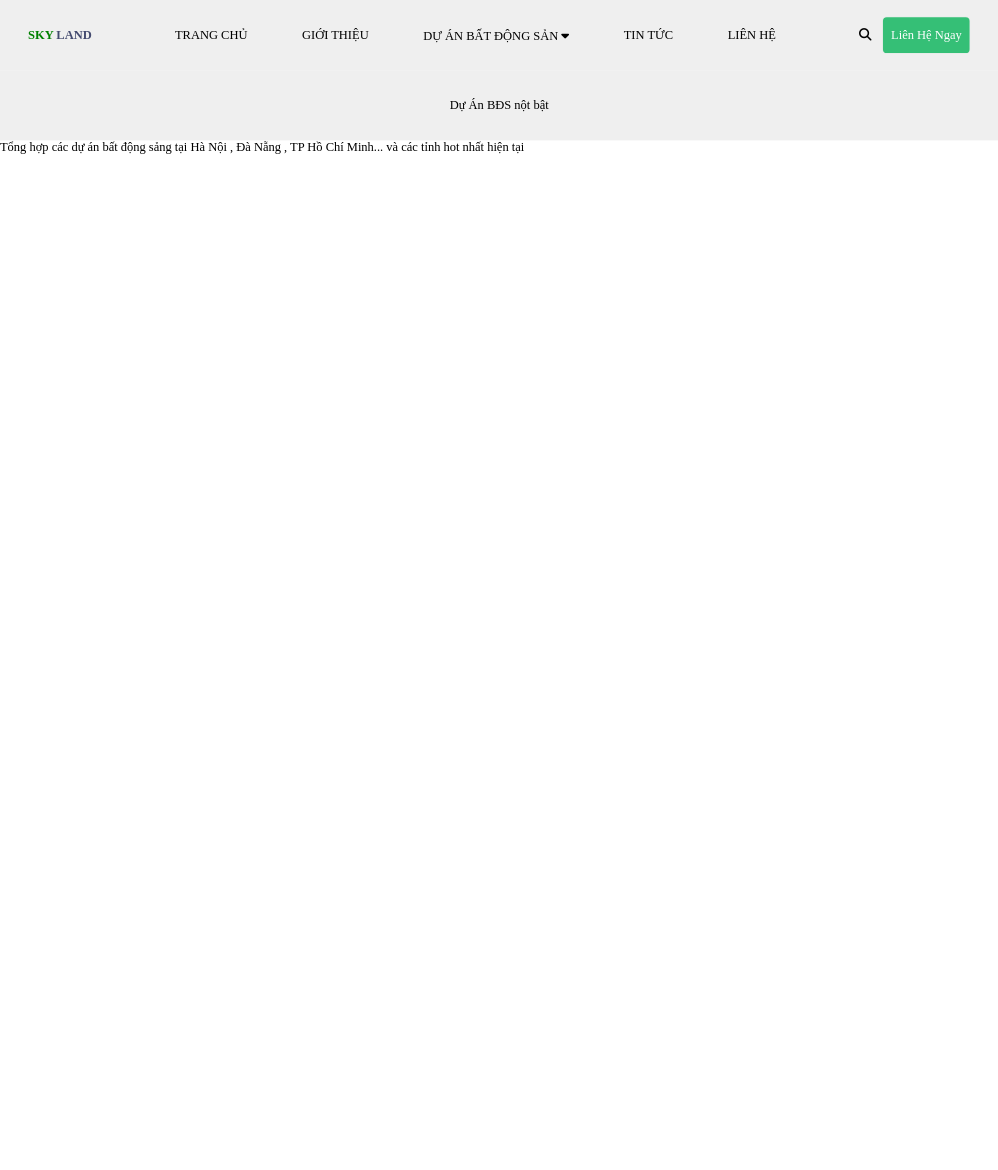
Repository: HuynhDuc23/Webvideodesgin
Page: htmlcssNangCao/index.html
The author's editor kept a copy of each file at every save. The page is drawn from the files as they stood at one save, then again after the next save.
The browser window is 1280 px wide. The pictures show the whole page, at 78% of full size.
The style sheet was rebuilt from its Sass, Less or Tailwind sources for each picture, by a compiler version that may differ from the author's.

Above is the page before, as saved 2023-04-30 09:15:28.

After the next save:
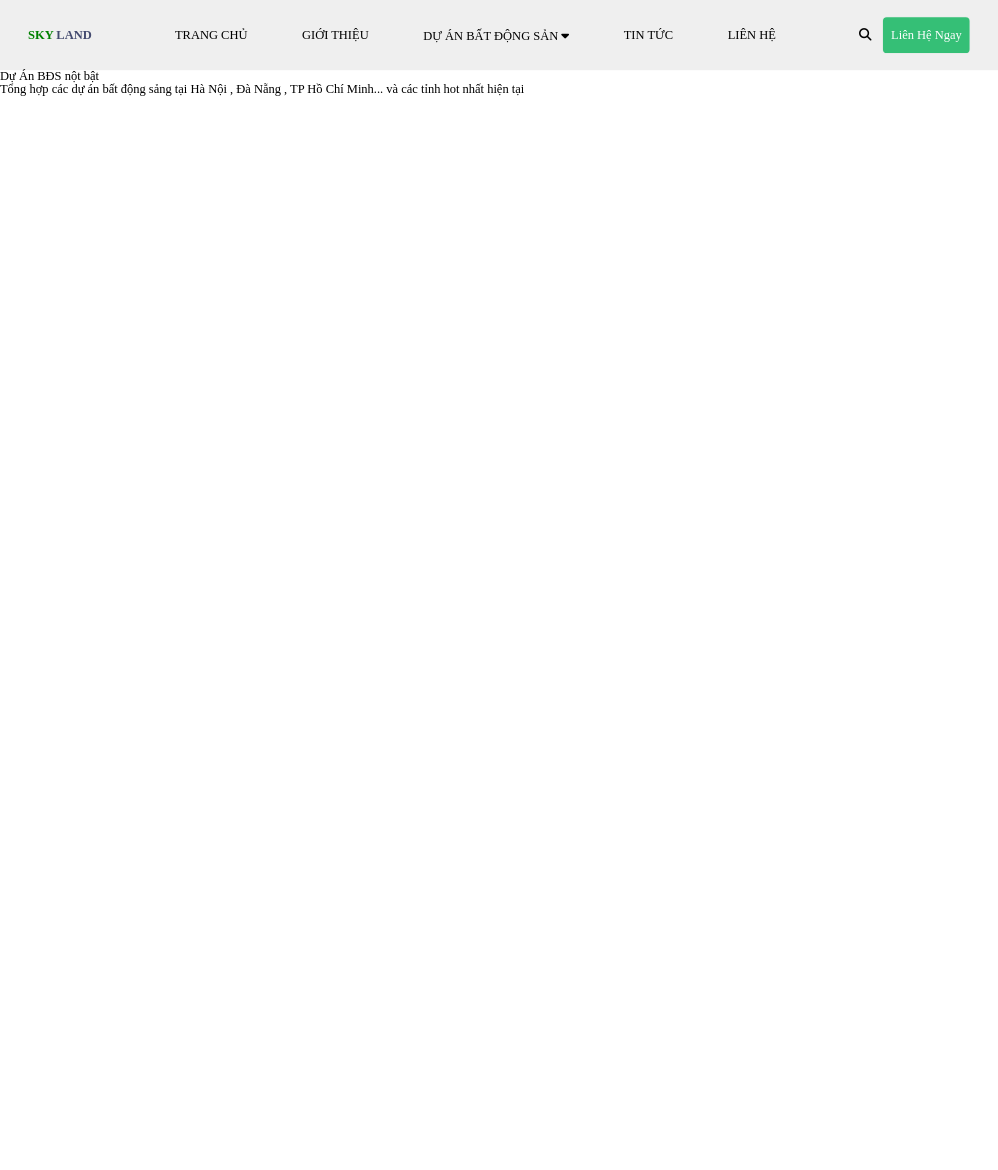
Saved 26 s later.
--- a/htmlcssNangCao/index.html
+++ b/htmlcssNangCao/index.html
@@ -33,7 +33,7 @@
         </div>
         <div class="skyland__center__mid">
             <div class="skyland__center__top">
-                <span class="skyland__top">Dự Án BĐS nột bật </span>
+                <span class="skyland__center__top">Dự Án BĐS nột bật </span>
                 <h3 class="paragrap">Tổng hợp các dự án bất động sảng tại Hà Nội , Đà Nẵng , TP Hồ Chí Minh... và các tỉnh hot nhất hiện tại</h3>
             </div>
         </div>
